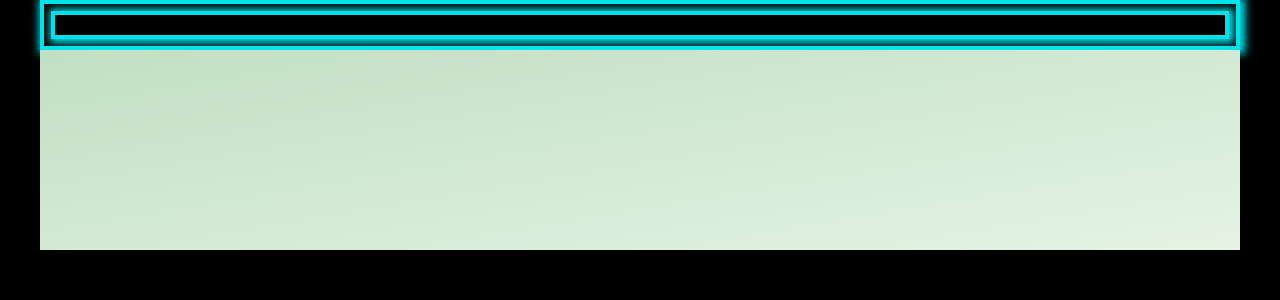
Repository: KhangNguyen3006/WebUI-UX
Page: /
An editor plug-in stored every save of this project. The page is shown before and after the next save, followed by the edit.
The browser window is 1280 px wide. The pictures show the whole page.
The project was rebuilt for these pictures with package versions that can differ from the ones it lists, and the page was loaded fresh each time. Also part of the build but not shown: src/App.css.

Above is the page before, as saved 2023-05-03 23:49:26.

### src/index.js
import React from 'react';
import ReactDOM from 'react-dom';
import './index.css';
import App from './App';
import reportWebVitals from './reportWebVitals';
import 'bootstrap/dist/css/bootstrap.min.css';
import './assets/css/Custom.css';

const root = ReactDOM.createRoot(document.getElementById('root'));
root.render(
  <React.StrictMode>
    <App />
  </React.StrictMode>
);

// If you want to start measuring performance in your app, pass a function
// to log results (for example: reportWebVitals(console.log))
// or send to an analytics endpoint. Learn more: https://bit.ly/CRA-vitals
reportWebVitals();

### src/App.js

import './App.css';
import HomePage from './pages/HomePage';

function App() {
  return (
    <div>
      <HomePage />
    </div>
  );
}

export default App

### src/assets/css/Custom.css
@import url(Home.css);

body {
    margin: auto;
    padding: auto;
    background-color: #000;
}

* {
    box-sizing: border-box;
    width: auto;
    margin: auto;
    padding: 0;
}

### src/pages/HomePage.jsx
import React, { Component } from 'react'
import Home from '../components/home/Home'


class HomePage extends Component {
  render() {
    return (
      <div>
        <Home />
      </div>
    )
  }
}

export default HomePage

### src/assets/css/Home.css
.rectangle {
    border: 4px solid #00E2EA;
    padding: 7px;
    box-shadow: 2px 1px 8px 3px #00E2EA;
}

.rectangle-mini {
    border: 4px solid #00E2EA;
    padding: 10px;
    box-shadow: 2px 1px 8px 3px #00E2EA;
}

.rectangle-linear-gradient{
    height: 200px;
    background-image: linear-gradient(to bottom right, #C1DFC4, #E5F3E4);
}

.w-1200{
    width: 1200px;
}

### src/components/home/Home.jsx
import React, { Component } from 'react'

class Home extends Component {
    render() {
        return (
            <div className='w-1200'>
                <div className="rectangle">
                    <div className="rectangle-mini">
                    </div>

                </div>

                <div className="rectangle-linear-gradient">

                </div>
            </div>
        )
    }
}

export default Home

Loaded but not shown: public/index.html (common file); src/index.css (common file); src/reportWebVitals.js (common file)

After the next save:
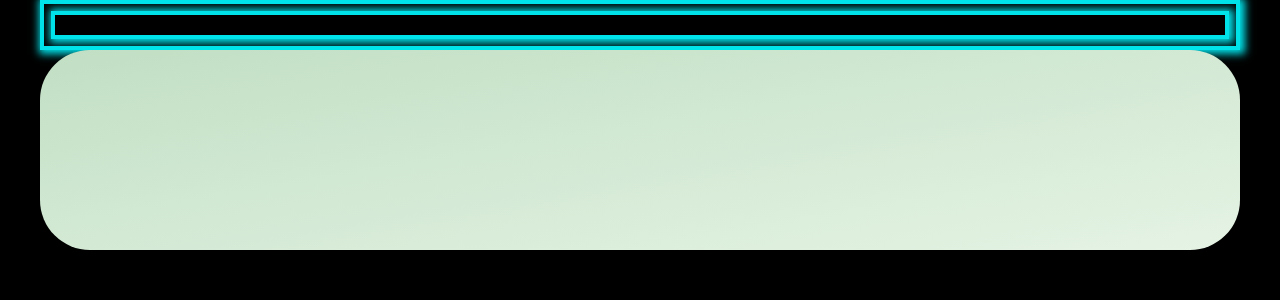
Saved 23 s later.
--- a/src/assets/css/Home.css
+++ b/src/assets/css/Home.css
@@ -12,6 +12,7 @@
 
 .rectangle-linear-gradient{
     height: 200px;
+    border-radius: 50px;
     background-image: linear-gradient(to bottom right, #C1DFC4, #E5F3E4);
 }
 
